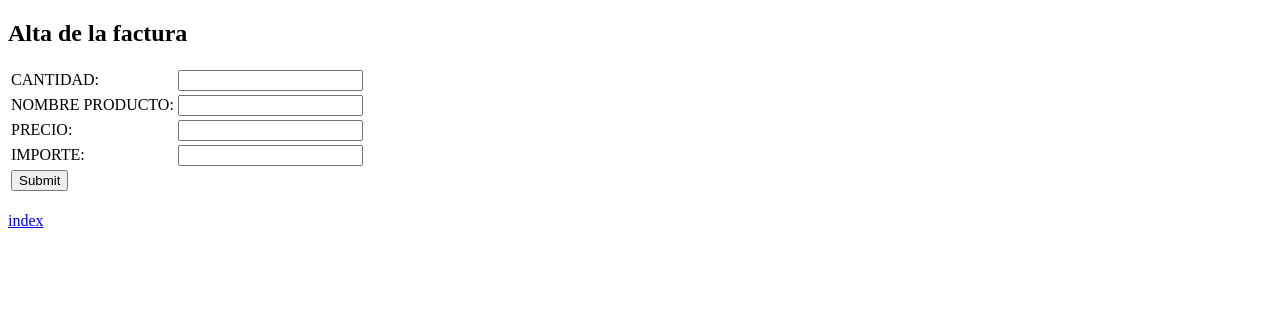
Repository: jaimedelgado/Formacion-JAVA
Page: http://localhost/facturasJ2EEMejorado/altaFactura.jsp
The author's editor kept a copy of each file at every save. The page is drawn from the files as they stood at one save, then again after the next save.
The browser window is 1280 px wide. The pictures show the whole page.
The page is served by Tomcat 9.

Above is the page before, as saved 2015-10-23 06:18:02.

After the next save:
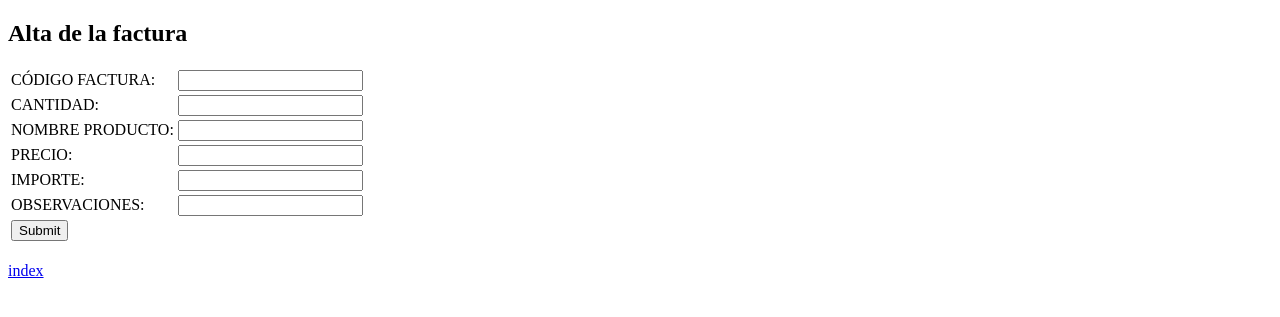
Saved 95 s later.
--- a/facturasJ2EEMejorado/WebContent/altaFactura.jsp
+++ b/facturasJ2EEMejorado/WebContent/altaFactura.jsp
@@ -12,6 +12,10 @@
 
 		<form action="SvAltaFactura">
 			<table>
+				<tr>
+					<td>CÓDIGO FACTURA: </td>
+					<td><input type="text" name="codigoFactura"/></td>
+				</tr>
 				<tr>
 					<td>CANTIDAD: </td>
 					<td><input type="text" name="cantidad"/></td>
@@ -29,6 +33,10 @@
 					<td><input type="text" name="importe"/></td>
 				</tr>
 				<tr>
+					<td>OBSERVACIONES: </td>
+					<td><input type="text" name="observaciones"/></td>
+				</tr>
+				<tr>
 					<td><input type="submit" name="submit"/></td>
 				</tr>
 			</table>
